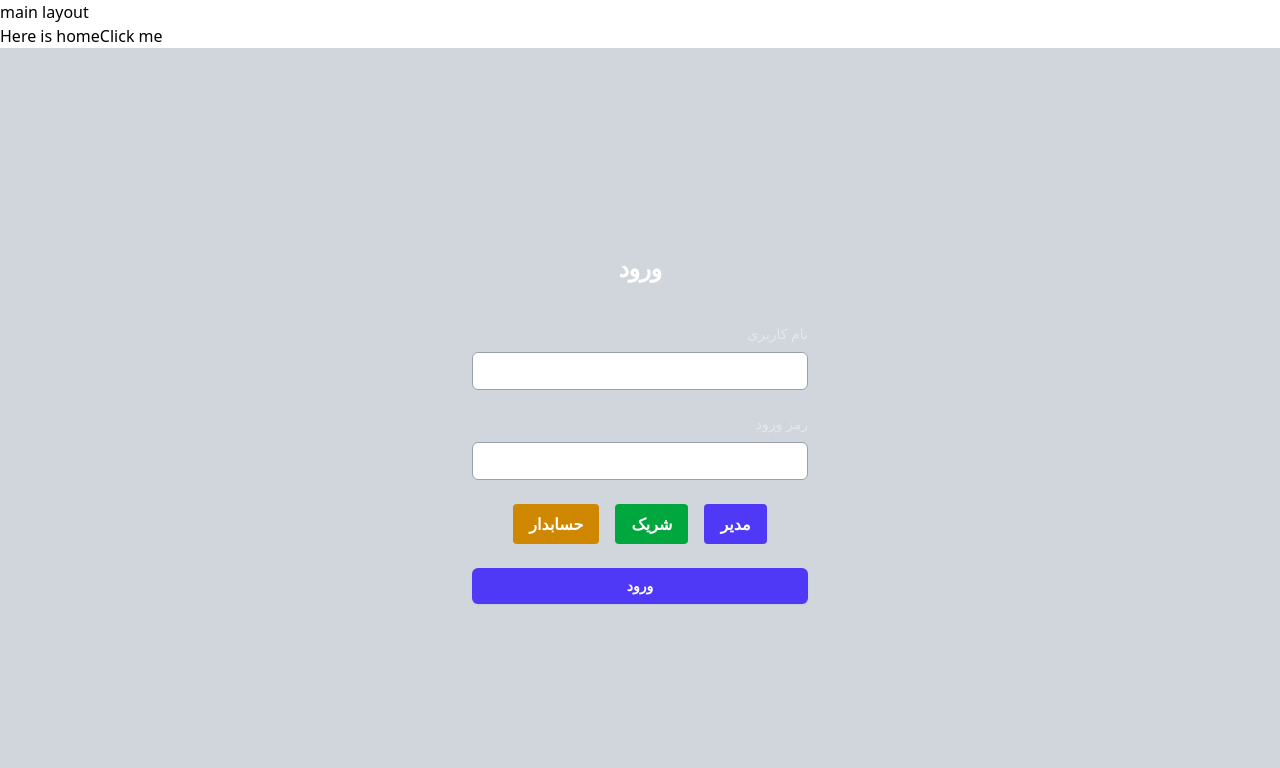
Repository: fuad303/karokhy-frontend
Page: /
These files come from the project's save history. The page is drawn as it stood at one moment and after the next save; the edit follows.
The browser window is 1280 px wide. The pictures show the whole page.
The project was rebuilt for these pictures with package versions that can differ from the ones it lists, and the page was loaded fresh each time. Also part of the build but not shown: vite.config.ts, src/layouts/AuthLayout.tsx.

Above is the page before, as saved 2025-12-08 12:52:33.

After the next save:
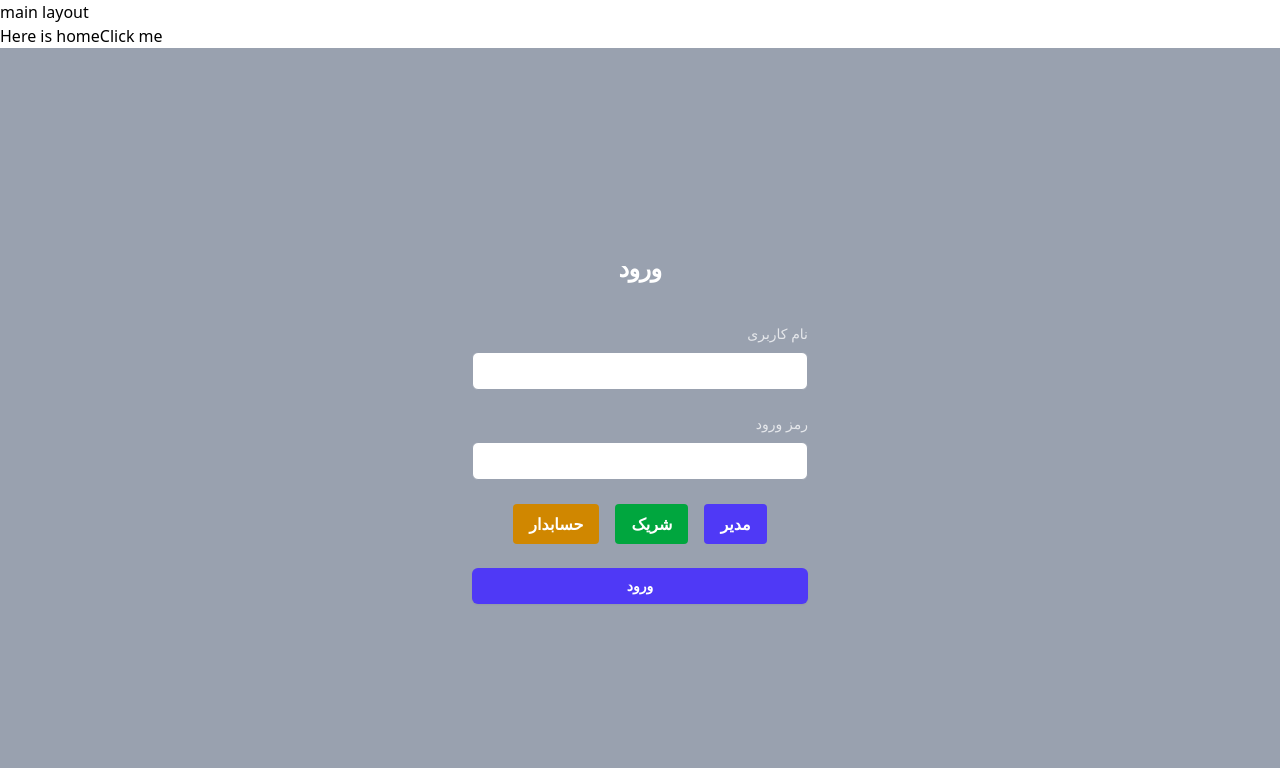
Saved 12 s later.
--- a/src/components/LoginPage.tsx
+++ b/src/components/LoginPage.tsx
@@ -3,7 +3,7 @@ import React from "react";
 function LoginPage() {
   return (
     <div
-      className="min-h-screen bg-gray-300 flex items-center justify-center"
+      className="min-h-screen bg-gray-400 flex items-center justify-center"
       dir="rtl"
     >
       <div className="flex flex-col justify-center px-6 py-12 sm:w-full sm:max-w-sm">
